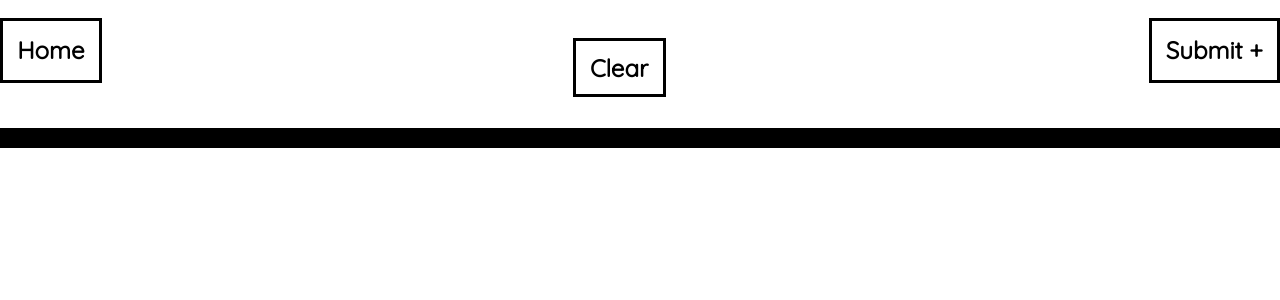
Repository: rickypcyt/WebMural
Page: /
The author's editor kept a copy of each file at every save. The page is drawn from the files as they stood at one save, then again after the next save.
The browser window is 1280 px wide. The pictures show the whole page.
The project was rebuilt for these pictures with package versions that can differ from the ones it lists, and the page was loaded fresh each time.

Above is the page before, as saved 2022-09-12 13:14:10.

### src/index.js
import React from "react";
import ReactDOM from "react-dom/client";
import "./index.css";
import WebMural from "./Pages/WebMural";
import reportWebVitals from "./reportWebVitals";
import { BrowserRouter, Routes, Route, Switch } from "react-router-dom";

const root = ReactDOM.createRoot(document.getElementById("root"));
root.render(
  <React.StrictMode>
    <BrowserRouter>
      <WebMural />
    </BrowserRouter>
  </React.StrictMode>
);

// If you want to start measuring performance in your app, pass a function
// to log results (for example: reportWebVitals(console.log))
// or send to an analytics endpoint. Learn more: https://bit.ly/CRA-vitals
reportWebVitals();

### src/index.css
@import url("https://fonts.googleapis.com/css2?family=Quicksand");

input[type="file"] {
  display: none;
}
.container {
  top: 0%;
  left: 0%;
}
::marker {
  display: none;
}
.image-container {
  width: 100%;
  margin: auto;
  display: flex;
  flex-direction: row;
  justify-content: space-evenly;
  gap: 15px;
  padding: 10px;
  background-color: black;

}

body {
  line-height: 1;
  font-family: "Quicksand";
  font-size: large;
  margin: 0%;
  margin-top: 3%;
  padding: 0%;
}
main{
  top: 10%;

}
ol {
  list-style: none;
  display: flex;
  padding: 0;
  justify-content: space-between;
  align-items: flex-start;
  display: flex;
  flex-wrap: wrap;
  align-content: center;
}
.content {
  position: absolute;
  right: calc(var(--pad) * 2);
  bottom: calc(var(--pad) * 2);
  white-space: nowrap;
}
.parrafo {
  line-height: 1.5;
  text-align: end;
  font-size: larger;
}
.parrafo span {
  display: block;
}
.titulo {
  margin: 0;
}
.oli {
  font-weight: bold;
  border-style: solid;
  font-size: x-large;
  padding: 1ch;
}
.descripcion {
  font-weight: lighter;
  font-style: oblique;
}
.oli:hover {
  color: black;
  border-style: dotted;
}
.page {
  padding-top: 2%;
  padding-bottom: 3%;
}
.pageContact {
  padding-top: 8%;
  padding-bottom: 9%;
}
.cabeceranavi {
  padding-bottom: 1%;
}
p {
  font-weight: bold;
}
a {
  color: black;
  text-decoration: none;
  padding: 0ch;
}
span {
  font-size: larger;
}
li {
  width: 7%;
  height: 10%;
}
ul {
  list-style-type: none;
  margin: 0%;
  display: flex;
  align-items: center;
  flex-direction: row;
  padding-top: 5%;
  padding-bottom: 5%;
  padding-left: 0%;
  justify-content: space-around;
}
.imagenes {
  display: block;
  height: auto;
  width: auto;
  padding-top: 5%;
  padding-bottom: 5%;
}

.imagenesproyect {
  position: relative;
}
.fixer {
  display: flex;
  flex-direction: row;
  justify-content: space-evenly;
  padding-bottom: 3%;
}
.overlay {
  position: absolute;
  top: 0.83cm;

  background: rgb(0, 0, 0);
  background: rgb(2, 0.3, 0.9, 0.6); /* Black see-through */
  color: #f1f1f1;
  width: 100%;
  transition: 0.5s ease;
  color: white;
  text-align: center;
  font-size: 20px;
  padding-top: 20px;
  padding-bottom: 20px;
  opacity: 0;
}
.imagenesproyect:hover .overlay {
  opacity: 1;
}
.overlay2 {
  position: absolute;
  bottom: 8%;
  background: rgb(0, 0, 0);
  background: rgba(40, 40, 40, 0.6); /* Black see-through */
  color: #f1f1f1;
  width: 100%;
  transition: 0.5s ease;
  color: white;
  text-align: center;
  font-size: 20px;
  padding-top: 20px;
  padding-bottom: 20px;
  opacity: 0;
}
.imagenesproyect:hover .overlay2 {
  opacity: 1;
}

.homeinfo {
  font-size: x-large;
}

@media screen and (max-width: 1340px) {
  .fixer {
    flex-direction: column;
    justify-content: center;
  }
  .imagenes {
    height: auto;
    width: 100%;
  }
  ol {
  }
}

.image-container {
  width: auto;
  margin: auto;
  /* display: flex; */
  flex-wrap: wrap;
  gap: 15px;
  padding: 10px;
}

.image-container img {
  max-width: 100%;
  max-height: 225px;
}

.container .image-container .image {
  border: 4px solid black;
  overflow: hidden;
  /* cursor: pointer; */
}

.container .image-container .image img {
  height: 100%;
  width: 100%;
}
@media (max-width: 700px) {
  .image-container img {
    max-height: -10px;
  }
}

.image:hover {
  transform: scale(1.15); /* (150% zoom - Note: if the zoom is too large, it will go outside of the viewport) */
}

.oli:hover {
  transform: scale(1.15); /* (150% zoom - Note: if the zoom is too large, it will go outside of the viewport) */
}

### src/Pages/WebMural.js
import React, { useState } from "react";
import { Link, useMatch, useResolvedPath } from "react-router-dom";

const UploadAndDisplayImage = () => {
  const [selectedFiles, setSelectedFiles] = useState([]);
  const handleImageChange = (e) => {
    setSelectedFiles([]);
    if (e.target.files) {
      const filesArray = Array.from(e.target.files).map((file) =>
        URL.createObjectURL(file)
      );
      setSelectedFiles((prevImages) => prevImages.concat(filesArray));
      Array.from(e.target.files).map((file) => URL.revokeObjectURL(file));
    }
  };

  const renderPhotos = (source) => {
    return source.map((photo) => {
      return (
        <div class="container">
          <figure class="image-container">
            <img className="image" src={photo} alt="" key={photo} />
          </figure>
        </div>
      );
    });
  };

  return (
    <main>
      <nav className="cabeceranavi">
        <ol>
          <CustomLink to="/" className="oli">
            Home
          </CustomLink>
          <div className="oli" onClick={() => handleImageChange(null)}>
            Clear
          </div>
          <label for="upload-button">
            <nav>
              <input
                type="file"
                id="upload-button"
                multiple="multiple"
                accept="image/*"
                onChange={handleImageChange}
              />
              <a class="oli"> Submit + </a>
            </nav>
          </label>
        </ol>
      </nav>
      {selectedFiles && (
        <div>
          <div class="image-container">{renderPhotos(selectedFiles)}</div>
        </div>
      )}
    </main>
  );
};

export default UploadAndDisplayImage;

function CustomLink({ to, children, ...props }) {
  const resolvedPath = useResolvedPath(to);
  const isActive = useMatch({ path: resolvedPath.pathname, end: true });
  return (
    <li className={isActive ? "active" : ""}>
      <Link to={to} {...props}>
        {children}
      </Link>
    </li>
  );
}

Loaded but not shown: public/index.html (common file); src/reportWebVitals.js (common file)

After the next save:
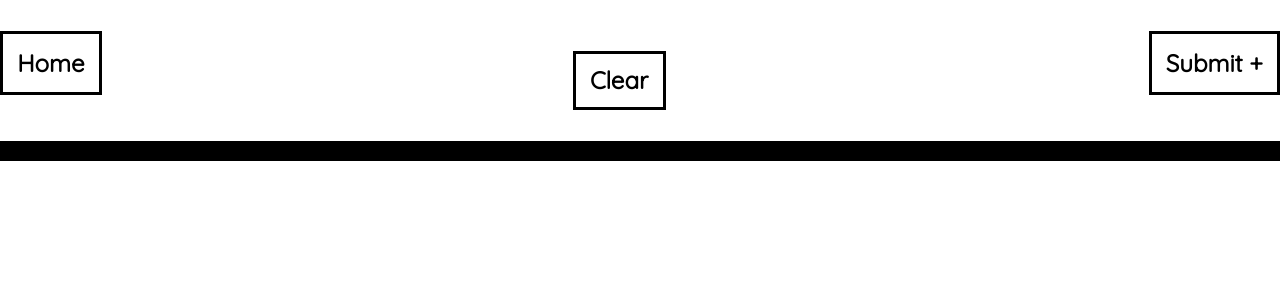
Saved 6 s later.
--- a/src/index.css
+++ b/src/index.css
@@ -27,7 +27,7 @@ body {
   font-family: "Quicksand";
   font-size: large;
   margin: 0%;
-  margin-top: 3%;
+  margin-top: 4%;
   padding: 0%;
 }
 main{
